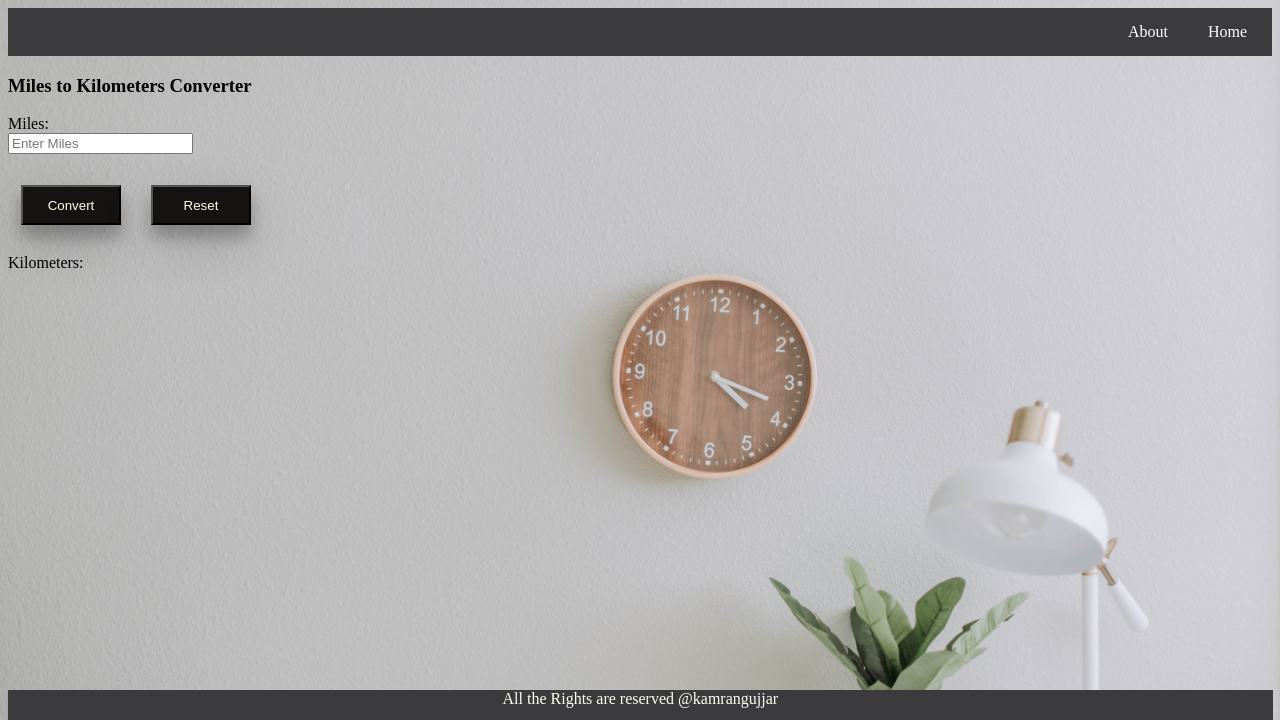
Repository: Kamrangujjar85112/Length-Converter
Page: html/mi_km.html
An editor plug-in stored every save of this project. The page is shown before and after the next save, followed by the edit.
The browser window is 1280 px wide. The pictures show the whole page.

Above is the page before, as saved 2022-01-21 22:50:57.

### html/mi_km.html
<!-- miles to kilometers -->
<!DOCTYPE html>
<html lang="en">
<head>
    <meta charset="UTF-8">
    <meta http-equiv="X-UA-Compatible" content="IE=edge">
    <meta name="viewport" content="width=device-width, initial-scale=1.0">
    <title>Miles to KM</title>
    <link rel="stylesheet" href="../css/style.css">
</head>
<body>
    <div class="container ">
        <div class="header">
            <nav>
                <ul class="nav-ul">
                    <li class="nav-li"><a href="home.html">Home</a></li>
                    <li class="nav-li"><a href="about.html">About</a></li>
                </ul>
            </nav>
        </div>
        <div class="box">
            <h3>Miles to Kilometers Converter</h3>

            <label>Miles:</label><br>
            <input type="number" id="milesToKilometers" placeholder="Enter Miles" value=""><br><br>
            <button id="convert">Convert</button>
            <input type="reset" value="Reset" id="reset"><br>
            <p>Kilometers: <span id="miToKm"></span></p>

    </div>
            <footer class="footer">
                <span>All the Rights are reserved @kamrangujjar</span>
              </footer>
    </div>
    <script src="../js/converter.js"></script>
</body>
</html>

### css/style.css
  body{
    background-image: url('backg.jpg');
    background-repeat: no-repeat;
    background-attachment: fixed;
    background-size: cover;

}
.aboutclass {
    background-color: ivory;
    list-style: none;
    margin: auto;
    width: 50%;
    padding-bottom: 30px;
    margin-bottom: 20px;
    color: #3F51B5;
}
.listFlex {
    display: flex;
    align-items: center;
    list-style: none;
}

img {
  width: 300px;
  height: 300px;
  padding-left: 150px;
}
.header{
    top: 0;
    width: 100%;
    margin: 0;
    position: relative;

}
.nav-ul{
    list-style-type: none;
    margin: 0;
    overflow: hidden;
    background: rgb(59, 59, 61);
  }

.nav-li {
    padding-right: 10px;
    float: right;
    align-items: inherit;
}

.nav-li a {
    display: block;
    color: rgb(255, 255, 255);
    text-align:center;
    padding: 15px 15px;
    text-decoration: none;
}
.link {
    list-style: none;
    text-align: left;
    align-items: left;
    margin: 10px;
    width: 300px;
}
.nav-li a:hover {
    background-color: #0ac577;
}
footer{
    bottom: 0;
    width: 98.8%;
    position: fixed;
    color: ivory;
    height: 30px;
    text-align: center;
    background: rgb(59, 59, 61);
}
button{
    width: 100%;
    height:40px;
    color: ivory;
    background-color: #141312;
    margin:13px;
    box-shadow: 0 12px 16px 0 rgba(0,0,0,0.24), 0 17px 50px 0 rgba(0,0,0,0.19);
}
#convert{
    width: 100px;
    height:40px;
    color: ivory;
    background-color: #141312;
    margin:13px;
    box-shadow: 0 12px 16px 0 rgba(0,0,0,0.24), 0 17px 50px 0 rgba(0,0,0,0.19);
}
#reset{
    width: 100px;
    height:40px;
    color: ivory;
    background-color: #141312;
    margin:13px;
    box-shadow: 0 12px 16px 0 rgba(0,0,0,0.24), 0 17px 50px 0 rgba(0,0,0,0.19);
}
.flex-container {
    margin-top: 50px;
    margin-left: 430px;
    display: flex;
    justify-content: center;
    align-items: center;
    height: 300px;
    width: 400px;
    background-color: rgb(218, 218, 226);
    text-align: center;
  }

### js/converter.js
const inputCmToMm = document.getElementById('centimetersToMilimeters');
const inputMiToKm = document.getElementById('milesToKilometers');
const inputMToCm = document.getElementById('metersToCentimeters');
const inputCmToKm = document.getElementById('centimetersToKilometers');
const inputKmToM = document.getElementById('kilometersToMeters');
const inputMiToM = document.getElementById('milesToMeters');
const inputFValue = document.getElementById('firstValue');
const inputSValue = document.getElementById('secondValue');
const p = document.getElementById('percent');
const convert = document.getElementById('convert');
const reset = document.getElementById('reset');



// // Converter
// centimeters To kilometers
convert?.addEventListener('click', function converter(){

if(inputCmToKm?.value){
    const Km2 = inputCmToKm?.value / 100000;
    document.getElementById('cmToKm').innerHTML = inputCmToKm?.value +' Centimeters are equal to ' +Km2 + ' Kilometers';
}
// centimeters To Milimeters
if(inputCmToMm?.value){
    const Mm = inputCmToMm?.value * 10;
    document.getElementById('cmToMm').innerHTML = inputCmToMm?.value +' Centimeters are equal to ' +Mm + ' Milimeters';
}
// Miles to kilometers
if(inputMiToKm?.value){
    const Km1 = inputMiToKm?.value * 1.609;
    document.getElementById('miToKm').innerHTML = inputMiToKm?.value +' Miles are equal to ' +Km1 + ' Kilometers';
}
// Meters to Centimeters
if(inputMToCm?.value){
    const Cm1 = inputMToCm?.value * 100;
    document.getElementById('mToCm').innerHTML = inputMToCm?.value +' Meters are equal to ' +Cm1 + ' Centimeters';
}
// kilometers To meters
if(inputKmToM?.value){
    const M1 = inputKmToM?.value * 1000;
    document.getElementById('kmToM').innerHTML = inputKmToM?.value +' Kilometers are equal to ' +M1 + ' Meters';
}
// Miles To meters
if(inputMiToM?.value){
    const M2 = inputMiToM?.value * 1609;
    document.getElementById('miToM').innerHTML = inputMiToM?.value +' Miles are equal to ' +M2 + ' Meters';
}
// percentage
if(inputFValue?.value || inputSValue?.value){
    const fValue = inputFValue?.value;
    const sValue = inputSValue?.value;
    const p = fValue * 100 / sValue;
    document.getElementById('percent').innerHTML = 'The Percentage of ' + fValue +' in ' +sValue + ' is ' + p ;
}
});

// // reset

reset?.addEventListener('click', function reset(){

// centimeters To kilometers
if(inputCmToKm?.value){
document.getElementById('centimetersToKilometers').value = "";
document.getElementById('cmToKm').innerHTML = "";
}
// centimeters To Milimeters
if(inputCmToMm?.value){
    document.getElementById('centimetersToMilimeters').value= "";
    document.getElementById('cmToMm').innerHTML = "";
}
// Miles to kilometers
if(inputMiToKm?.value){
    document.getElementById('milesToKilometers').value = "";
    document.getElementById('miToKm').innerHTML = "";
}
// Meters to Centimeters
if(inputMToCm?.value){
    document.getElementById('metersToCentimeters').value = "";
    document.getElementById('mToCm').innerHTML = "";
}
// kilometers To meters
if(inputKmToM?.value){
    document.getElementById('kilometersToMeters').value = "";
    document.getElementById('kmToM').innerHTML = "";
}
// Miles To Meters
if(inputMiToM?.value){
    document.getElementById('milesToMeters').value = "";
    document.getElementById('miToM').innerHTML = "";
}
// percentage
if(inputFValue?.value || inputSValue?.value){
    document.getElementById('firstValue').value = "";
    document.getElementById('secondValue').value = "";
    document.getElementById('percent').innerHTML = "";
}
});

After the next save:
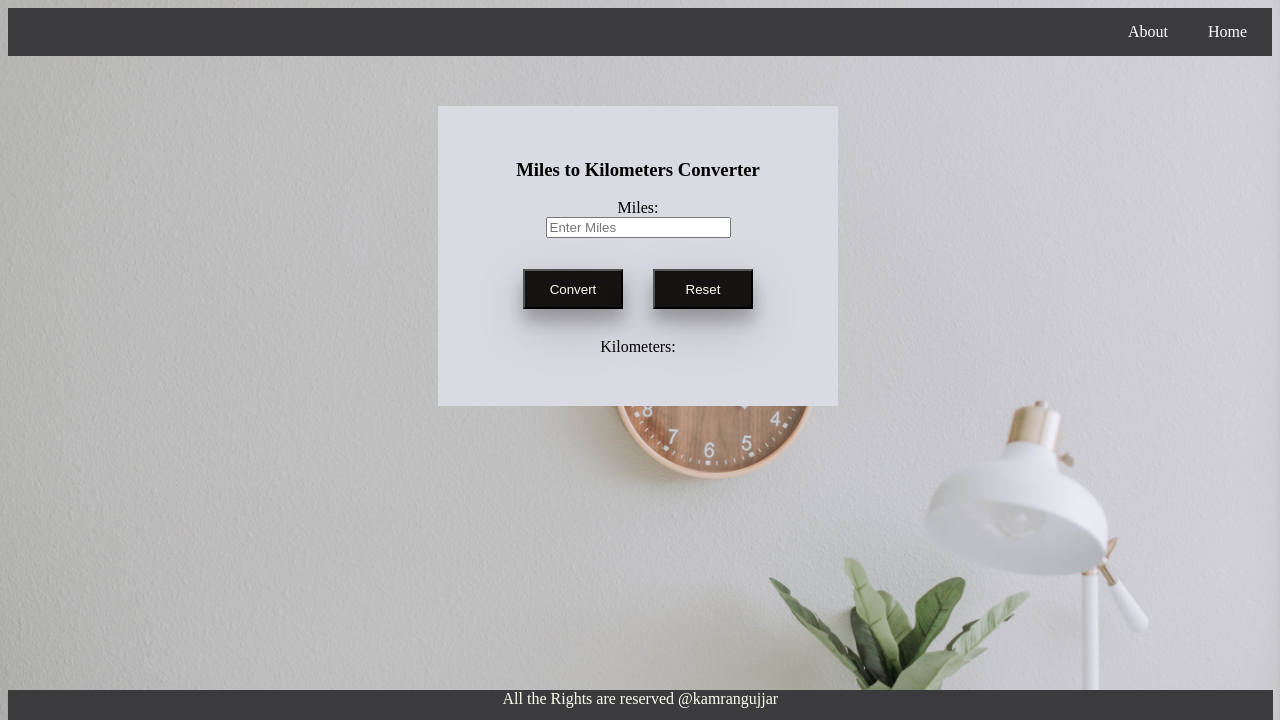
Saved 96 s later.
--- a/html/mi_km.html
+++ b/html/mi_km.html
@@ -18,8 +18,9 @@
                 </ul>
             </nav>
         </div>
-        <div class="box">
-            <h3>Miles to Kilometers Converter</h3>
+        <div class="flex-container">
+            <div>
+                <h3>Miles to Kilometers Converter</h3>
 
             <label>Miles:</label><br>
             <input type="number" id="milesToKilometers" placeholder="Enter Miles" value=""><br><br>
@@ -27,6 +28,7 @@
             <input type="reset" value="Reset" id="reset"><br>
             <p>Kilometers: <span id="miToKm"></span></p>
 
+            </div>
     </div>
             <footer class="footer">
                 <span>All the Rights are reserved @kamrangujjar</span>
